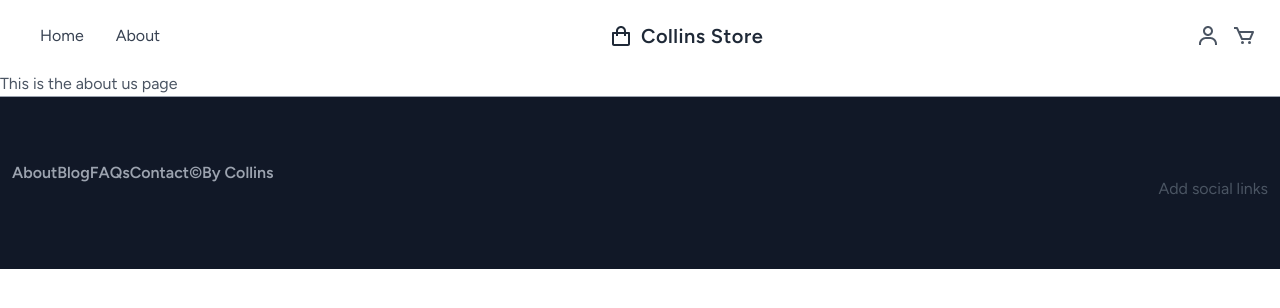
Repository: Collins145/e-commerce-website
Page: http://localhost/about
The author's editor kept a copy of each file at every save. The page is drawn from the files as they stood at one save, then again after the next save.
The browser window is 1280 px wide. The pictures show the whole page.
The page is served by the project's Laravel application, run on PHP 8.4 with Laravel 10. Style sheets and scripts are compiled from the project's sources, by tool versions that may differ from the author's.

Above is the page before, as saved 2023-06-17 14:26:05.

After the next save:
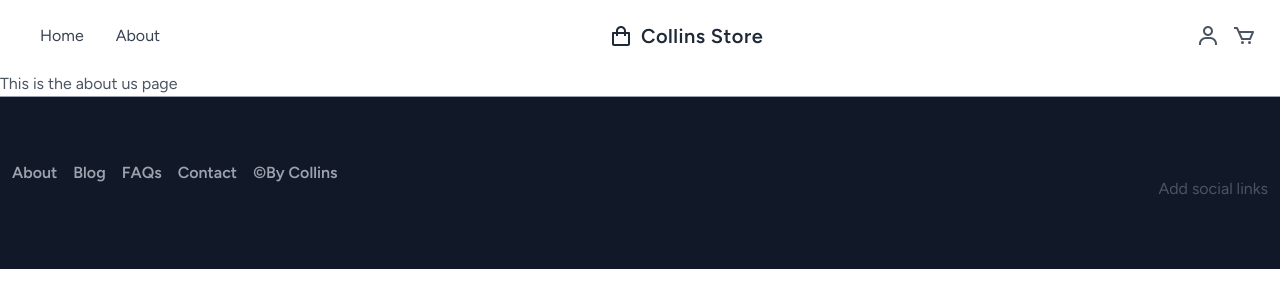
Saved 54 min 28 s later.
--- a/resources/views/components/site/footer.blade.php
+++ b/resources/views/components/site/footer.blade.php
@@ -2,7 +2,7 @@
         <div class="flex px-3 py-8 ">
             <div class="w-full mx-auto flex flex-wrap">
                 <div class="flex w-full lg:w-1/2 ">
-                    <div class="flex justify-around px-3 md:px-0">
+                    <div class="flex gap-4 px-3 md:px-0">
                         <h3 class="font-bold text-gray-400">About</h3>
                         <h3 class="font-bold text-gray-400">Blog</h3>
                         <h3 class="font-bold text-gray-400">FAQs</h3>
